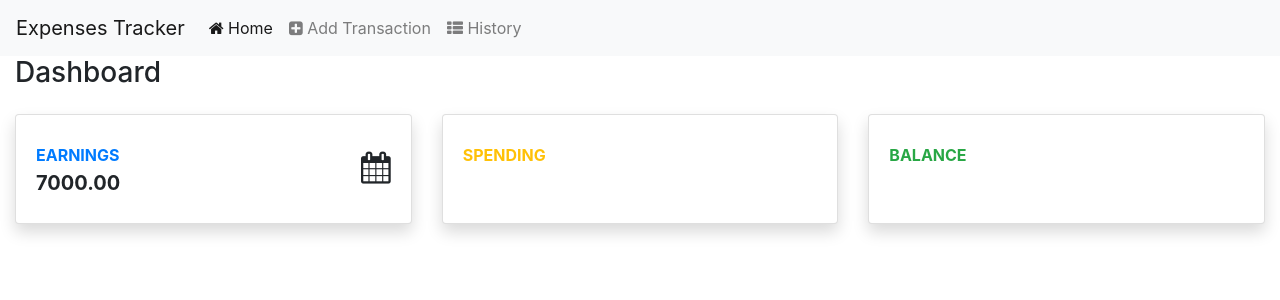
Repository: yucheng91/CI3-expenses-manager
Page: http://localhost/home
The author's editor kept a record of every edit. The page is drawn from the files as they stood at one moment, then again after the next edit.
The browser window is 1280 px wide. The pictures show the whole page.
The page is served by the project's application, run on Flask 3 (app.py). The database holds what the project's SQL file puts in it.

Above is the page before.

### templates/index.html
<!doctype html>
<html lang="en">

<head>
    <!-- Required meta tags -->
    <meta charset="utf-8">
    <meta name="viewport" content="width=device-width, initial-scale=1, shrink-to-fit=no">

    <!-- Bootstrap CSS -->
    <link rel="stylesheet" href="https://cdnjs.cloudflare.com/ajax/libs/font-awesome/4.7.0/css/font-awesome.css">
    <link rel="stylesheet" href="https://stackpath.bootstrapcdn.com/bootstrap/4.3.1/css/bootstrap.min.css" integrity="sha384-ggOyR0iXCbMQv3Xipma34MD+dH/1fQ784/j6cY/iJTQUOhcWr7x9JvoRxT2MZw1T" crossorigin="anonymous">
    <link rel="stylesheet" href="{{ url_for('static', filename='css/style.css') }}">

    <title>Hello, world!</title>
</head>

<body>
    <!--nav bar-->
    <nav class="navbar navbar-expand-sm navbar-light bg-light fixed-top">
  <a class="navbar-brand" href="#">Expenses Tracker</a>
  <button class="navbar-toggler" type="button" data-toggle="collapse" data-target="#navbarNav" aria-controls="navbarNav" aria-expanded="false" aria-label="Toggle navigation">
    <span class="navbar-toggler-icon"></span>
  </button>
  <div class="collapse navbar-collapse" id="navbarNav">
    <ul class="navbar-nav">
      <li class="nav-item active">
        <a class="nav-link" href="{{ url_for('home') }}"><i class="fa fa-home" aria-hidden="true"></i> Home</a>
      </li>
      <li class="nav-item">
        <a class="nav-link" href="{{ url_for('addtransaction') }}"><i class="fa fa-plus-square" aria-hidden="true"></i> Add Transaction</a>
      </li>
      <li class="nav-item">
        <a class="nav-link" href="{{ url_for('viewall') }}"><i class="fa fa-th-list" aria-hidden="true"></i> History</a>
      </li>
    </ul>
  </div>
    </nav>
    <!--end nav-->

<div id="content">
          <!-- Begin Page Content -->
        <div class="container-fluid">

          <!-- Page Heading -->
          <div class="d-sm-flex align-items-center justify-content-between mb-4">
            <h1 class="h3 mb-0 text-gray-800">Dashboard</h1>
          </div>

          <!-- Content Row -->
          <div class="row">

            <!-- Earnings (Monthly) Card Example -->
            <div class="col-xl-4 col-md-6 mb-4">
              <div class="card border-left-primary shadow h-100 py-2">
                <div class="card-body">
                  <div class="row no-gutters align-items-center">
                    <div class="col mr-2">
                      <div class="text-xs font-weight-bold text-primary text-uppercase mb-1">Earnings</div>
                      <div class="h5 mb-0 font-weight-bold text-gray-800">{{totaldebit['totaldebit']}}</div>
                    </div>
                    <div class="col-auto">
                      <i class="fa fa-calendar fa-2x text-gray-300"></i>
                    </div>
                  </div>
                </div>
              </div>
            </div>

            <!-- Earnings (Monthly) Card Example -->
            <div class="col-xl-4 col-md-6 mb-4">
              <div class="card border-left-warning shadow h-100 py-2">
                <div class="card-body">
                  <div class="row no-gutters align-items-center">
                    <div class="col mr-2">
                      <div class="text-xs font-weight-bold text-warning text-uppercase mb-1">Spending</div>
                      <div class="h5 mb-0 font-weight-bold text-gray-800"></div>
                    </div>
                    <div class="col-auto">
                      <i class="fa fa-dollar-sign fa-2x text-gray-300"></i>
                    </div>
                  </div>
                </div>
              </div>
            </div>

            <!-- Earnings (Monthly) Card Example -->
            <div class="col-xl-4 col-md-6 mb-4">
              <div class="card border-left-success shadow h-100 py-2">
                <div class="card-body">
                  <div class="row no-gutters align-items-center">
                    <div class="col mr-2">
                      <div class="text-xs font-weight-bold text-success text-uppercase mb-1">Balance</div>
                      <div class="h5 mb-0 font-weight-bold text-gray-800"></div>
                    </div>
                    <div class="col-auto">
                      <i class="fa fa-dollar-sign fa-2x text-gray-300"></i>
                    </div>
                  </div>
                </div>
              </div>
            </div>
        <!-- /.container-fluid -->
</div>

    <script src="https://code.jquery.com/jquery-3.3.1.slim.min.js" integrity="sha384-q8i/X+965DzO0rT7abK41JStQIAqVgRVzpbzo5smXKp4YfRvH+8abtTE1Pi6jizo" crossorigin="anonymous"></script>
    <script src="https://cdnjs.cloudflare.com/ajax/libs/popper.js/1.14.7/umd/popper.min.js" integrity="sha384-UO2eT0CpHqdSJQ6hJty5KVphtPhzWj9WO1clHTMGa3JDZwrnQq4sF86dIHNDz0W1" crossorigin="anonymous"></script>
    <script src="https://stackpath.bootstrapcdn.com/bootstrap/4.3.1/js/bootstrap.min.js" integrity="sha384-JjSmVgyd0p3pXB1rRibZUAYoIIy6OrQ6VrjIEaFf/nJGzIxFDsf4x0xIM+B07jRM" crossorigin="anonymous"></script>
</body>

</html>

### app.py
from flask import Flask, render_template, request, redirect, url_for
import os
import pymysql

connection = pymysql.connect(
    host='localhost', # IP address of the database; localhost means "the local machine"
    user="yucheng91",  #the mysql user
    password="coconuty", #the password for the user
    database="expenses" #the name of database we want to use
)

#if PHP doesn't show, perform $ sudo apt-get install --reinstall libapache2-mod-php7.2

app = Flask(__name__)

@app.route('/home')
def home():
    cursor = connection.cursor(pymysql.cursors.DictCursor)
    sql = "SELECT SUM(debit) AS totaldebit FROM transaction"
    cursor.execute(sql)
    totaldebit = cursor.fetchone()

    sql = "SELECT SUM(credit) AS totalcredit FROM transaction"
    cursor.execute(sql)
    totalcredit = cursor.fetchone()

    sql = "SELECT (SELECT SUM(debit) AS sumdebit FROM transaction) - (SELECT SUM(credit) AS sumcredit FROM transaction) AS balance FROM transaction"
    cursor.execute(sql)
    balance = cursor.fetchone()
    return render_template('index.html',totaldebit = totaldebit, totalcredit = totalcredit,balance=balance)

@app.route('/view-all')
def viewall():
    cursor = connection.cursor(pymysql.cursors.DictCursor)
    sql = "SELECT * FROM transaction JOIN categories ON transaction.categoriesid = categories.id JOIN mode ON transaction.modeid = mode.id JOIN account on transaction.accountid = account.id"
    cursor.execute(sql)
    results = []
    for r in cursor:
         results.append(r)

    sql = "SELECT SUM(debit) AS totaldebit FROM transaction"
    cursor.execute(sql)
    totaldebit = cursor.fetchone()

    sql = "SELECT SUM(credit) AS totalcredit FROM transaction"
    cursor.execute(sql)
    totalcredit = cursor.fetchone()

    sql = "SELECT (SELECT SUM(debit) AS sumdebit FROM transaction) - (SELECT SUM(credit) AS sumcredit FROM transaction) AS balance FROM transaction"
    cursor.execute(sql)
    balance = cursor.fetchone()

    return render_template('transaction_overview.html', data=results,totaldebit = totaldebit, totalcredit = totalcredit,balance=balance)

@app.route('/new-transaction/', methods=["GET"])
def addtransaction():

    cursor = connection.cursor(pymysql.cursors.DictCursor)
    sql = "SELECT * FROM mode"
    # fetch all genres and store it in a list
    cursor.execute(sql)
    mode = []
    for r in cursor:
        mode.append({
            'id' : r['id'],
            'name': r['mname']
        })

    # fetch all media type and store it in a list
    sql = "SELECT * FROM categories"
    cursor.execute(sql)
    categories = []
    for r in cursor:
        categories.append({
            'id':r['id'],
            'name': r['cname']
        })

    # fetch all media type and store it in a list
    sql = "SELECT * FROM account"
    cursor.execute(sql)
    account = []
    for r in cursor:
        account.append({
            'id':r['id'],
            'name': r['aname']
        })

    sql = "SELECT * FROM tag"
    cursor.execute(sql)
    tag = []
    for r in cursor:
        tag.append({
            'id':r['id'],
            'name': r['tname']
        })

    return render_template('new_transaction.html', mode=mode, categories=categories, account=account, tag=tag)

@app.route('/new-transaction/', methods=["POST"])
def process_addtransaction():
    transaction_name = request.form.get("transaction")
    category_name = request.form.get("category")
    mode_name = request.form.get("mode")
    by_name = request.form.get("by")
    debit_name = request.form.get("debit")
    if request.form.get("debit") == "":
        debit_name = "0"

    credit_name = request.form.get("credit")
    if request.form.get("credit") == "":
        credit_name = "0"

    cursor = connection.cursor(pymysql.cursors.DictCursor)

    sql = "INSERT INTO transaction (description,categoriesid,modeid,accountid,debit,credit) VALUE (%s,%s,%s,%s,%s,%s)"
    cursor.execute(sql,[transaction_name,category_name,mode_name,by_name,debit_name,credit_name])

    transactionid = cursor.lastrowid
    tagid = request.form.getlist("tag")
    for t in tagid:
        sql = "INSERT INTO transactiontag (transactionid,tagid) VALUE (%s,%s)"
        cursor.execute(sql,[transactionid,t])

    connection.commit()
    return redirect(url_for('viewall'))

# Edit transaction
@app.route('/view-all/edit/<id>')
def edit_transaction(id):

    cursor = connection.cursor(pymysql.cursors.DictCursor)
    sql = "SELECT * FROM transaction JOIN transactiontag ON transaction.id = transactiontag.transactionid JOIN tag ON transactiontag.tagid = tag.id WHERE transaction.id = {}".format(id)
    cursor.execute(sql)
    transaction = cursor.fetchone()

    sql = "DELETE FROM transactiontag WHERE transactiontag.transactionid = {}".format(id)
    cursor.execute(sql)

    sql = "SELECT * FROM mode"
    cursor.execute(sql)
    mode = []
    for r in cursor:
        mode.append({
            'id' : r['id'],
            'name': r['mname']
        })

    sql = "SELECT * FROM categories"
    cursor.execute(sql)
    categories = []
    for r in cursor:
        categories.append({
            'id':r['id'],
            'name': r['cname']
        })

    sql = "SELECT * FROM account"
    cursor.execute(sql)
    account = []
    for r in cursor:
        account.append({
            'id':r['id'],
            'name': r['aname']
        })

    sql = "SELECT * FROM tag"
    cursor.execute(sql)
    tag = []
    for r in cursor:
        tag.append({
            'id':r['id'],
            'name': r['tname']
        })

    return render_template('edit_transaction.html', transaction = transaction, mode=mode, categories=categories, account=account, tag=tag)

@app.route('/view-all/edit/<id>', methods=['POST'])
def update_transaction(id):
    transaction_name = request.form.get("transaction")
    category_name = request.form.get("category")
    mode_name = request.form.get("mode")
    by_name = request.form.get("by")
    debit_name = request.form.get("debit")
    if request.form.get("debit") == "":
        debit_name = "0"

    credit_name = request.form.get("credit")
    if request.form.get("credit") == "":
        credit_name = "0"

    cursor = connection.cursor(pymysql.cursors.DictCursor)

    cursor.execute("UPDATE transaction SET description = '{}',categoriesid = '{}',modeid = '{}',accountid = '{}',debit = '{}',credit = '{}' WHERE id = {}".format(transaction_name,category_name,mode_name,by_name,debit_name,credit_name,id))

    tagid = request.form.getlist("tag")
    for t in tagid:
        sql = "INSERT INTO transactiontag (transactionid,tagid) VALUE (%s,%s)"
        cursor.execute(sql,[id,t])

    connection.commit()
    return redirect(url_for('viewall'))

@app.route('/view-all/delete/<id>')
def confirm_delete_transaction(id):
    cursor = connection.cursor(pymysql.cursors.DictCursor)
    sql = "SELECT * FROM transaction JOIN categories ON transaction.categoriesid = categories.id JOIN mode ON transaction.modeid = mode.id JOIN account on transaction.accountid = account.id WHERE transaction.id = {}".format(id)
    cursor.execute(sql)
    transaction = cursor.fetchone()

    return render_template('delete_transaction.html', transaction = transaction)

@app.route('/view-all/delete/<id>', methods=['POST'])
def delete_transaction(id):
    cursor = connection.cursor(pymysql.cursors.DictCursor)
    sql = "DELETE FROM transactiontag WHERE transactiontag.transactionid = {}".format(id)
    cursor.execute(sql)

    sql = "DELETE FROM transaction WHERE transaction.id = {}".format(id)
    cursor.execute(sql)

    connection.commit()
    return redirect(url_for('viewall'))

# "magic code" -- boilerplate
if __name__ == '__main__':
    app.run(host=os.environ.get('IP'),
            port=int(os.environ.get('PORT')),
            debug=True)

### static/css/style.css
img {
    width:75%;
    margin-left:auto;
    margin-right:auto;
}

#content {
    padding-top:56px;
}

.btn {
    margin:3px;
}

@media (max-width: 255px){
body {
    font-size:90%;
}
}

@media (max-width: 255px){

#content{
padding-top:96px;
}

body {
    font-size:80%;
}
}

### database.sql (the tables this page reads)
CREATE TABLE `transaction` (
  `id` int(11) NOT NULL AUTO_INCREMENT,
  `description` text CHARACTER SET utf8 NOT NULL,
  `debit` decimal(11,2) DEFAULT '0.00',
  `credit` decimal(11,2) DEFAULT '0.00',
  `createdAt` timestamp NOT NULL DEFAULT CURRENT_TIMESTAMP ON UPDATE CURRENT_TIMESTAMP,
  `accountid` int(11) NOT NULL,
  `categoriesid` int(11) NOT NULL,
  `modeid` int(11) NOT NULL,
  PRIMARY KEY (`id`),
  KEY `accountid` (`accountid`),
  KEY `categoriesid` (`categoriesid`),
  KEY `modeid` (`modeid`),
  CONSTRAINT `transaction_ibfk_1` FOREIGN KEY (`accountid`) REFERENCES `account` (`id`),
  CONSTRAINT `transaction_ibfk_2` FOREIGN KEY (`categoriesid`) REFERENCES `categories` (`id`),
  CONSTRAINT `transaction_ibfk_3` FOREIGN KEY (`modeid`) REFERENCES `mode` (`id`)
) ENGINE=InnoDB AUTO_INCREMENT=19 DEFAULT CHARSET=latin1;

INSERT INTO `transaction` VALUES (1,'Code Institute : Income of the month July 2019',3500.00,0.00,'2019-08-22 07:41:18',1,9,1),(2,'SIM HQ Income of the Month : July 2019',3500.00,0.00,'2019-08-05 04:13:11',2,9,5),(3,'Taxi Taxi',0.00,40.00,'2019-08-23 05:56:58',1,4,3),(13,'Lunch Money for Brother\'s Dew school',0.00,40.00,'2019-08-20 08:15:28',1,3,1),(14,'RWS Day trip',0.00,154.00,'2019-08-20 08:17:02',2,7,3),(15,'New backpack',0.00,0.00,'2019-08-26 07:39:22',1,1,1),(16,'Test tag 1',0.00,10.00,'2019-08-27 06:24:42',1,1,1),(17,'test tag 2',0.00,20.00,'2019-08-27 06:24:58',1,1,1),(18,'test 1 + 2 ',0.00,0.00,'2019-08-27 06:55:37',2,7,3);

After the next edit:
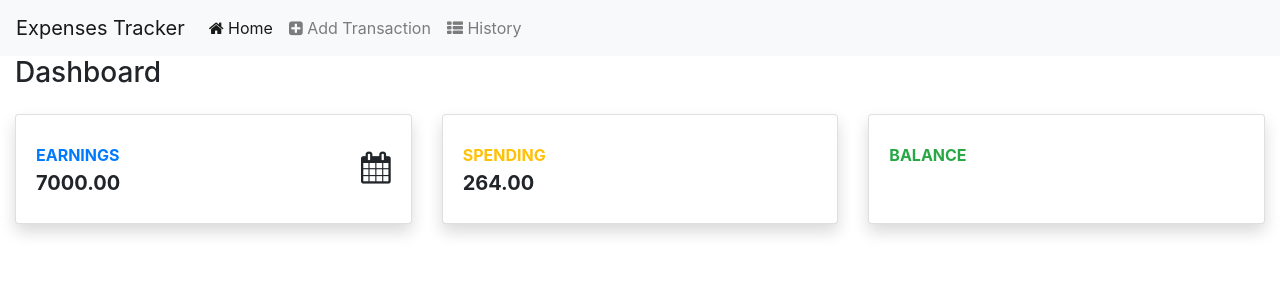
The edit:
--- a/templates/index.html
+++ b/templates/index.html
@@ -73,7 +73,7 @@
                   <div class="row no-gutters align-items-center">
                     <div class="col mr-2">
                       <div class="text-xs font-weight-bold text-warning text-uppercase mb-1">Spending</div>
-                      <div class="h5 mb-0 font-weight-bold text-gray-800"></div>
+                      <div class="h5 mb-0 font-weight-bold text-gray-800">{{totalcredit['totalcredit']}}</div>
                     </div>
                     <div class="col-auto">
                       <i class="fa fa-dollar-sign fa-2x text-gray-300"></i>
